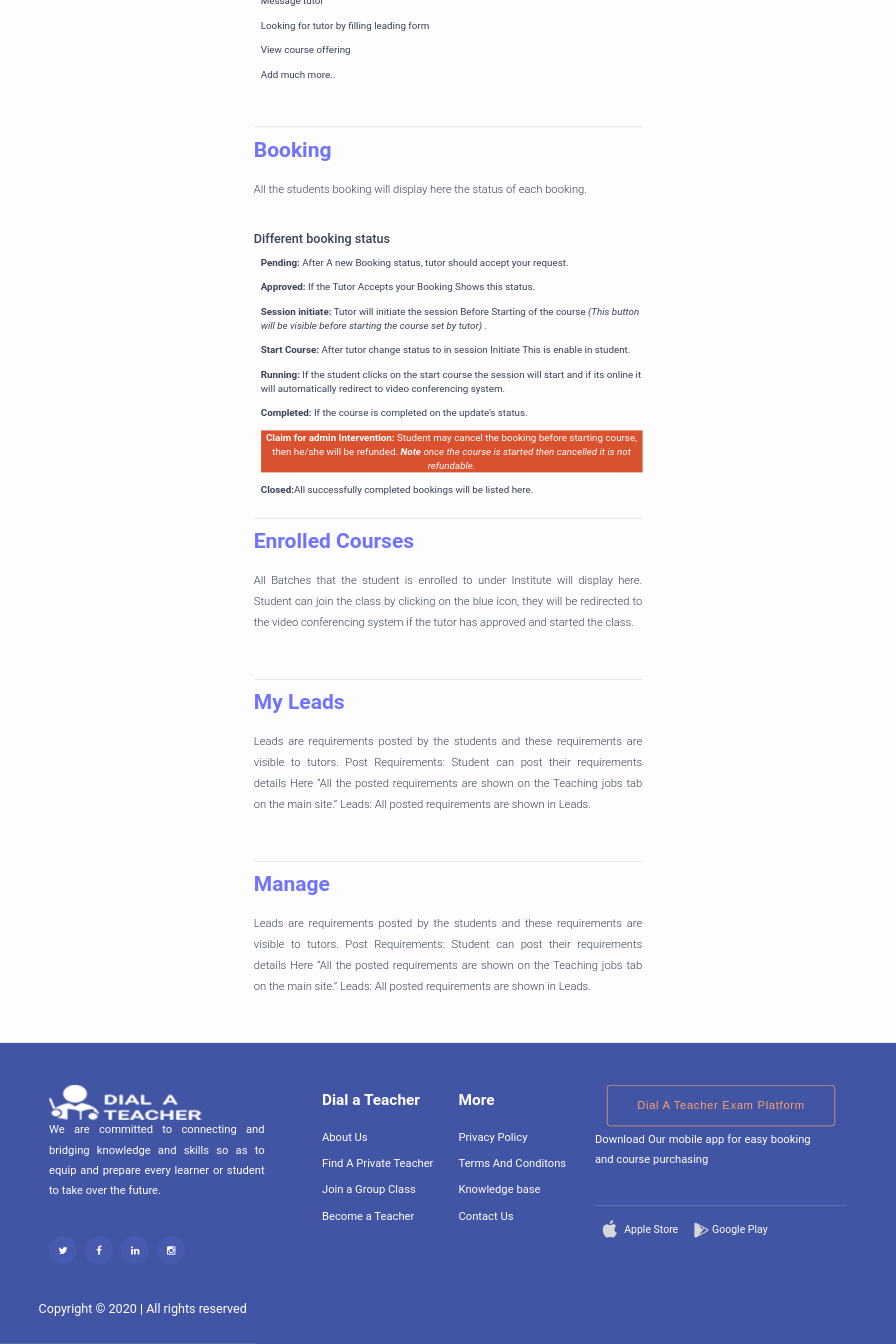
Repository: Samkiroko/DAT_knowledge
Page: details_st_db.html
An editor plug-in stored every save of this project. The page is shown before and after the next save, followed by the edit.
The browser window is 1280 px wide. The pictures show the part of the page from y = 1327 to 3247 px (the page is 3247 px tall before and 3187 px after), at 70% of full size.

Above is the page before, as saved 2020-12-15 09:44:51.
Console error: TypeError: e.indexOf is not a function

After the next save:
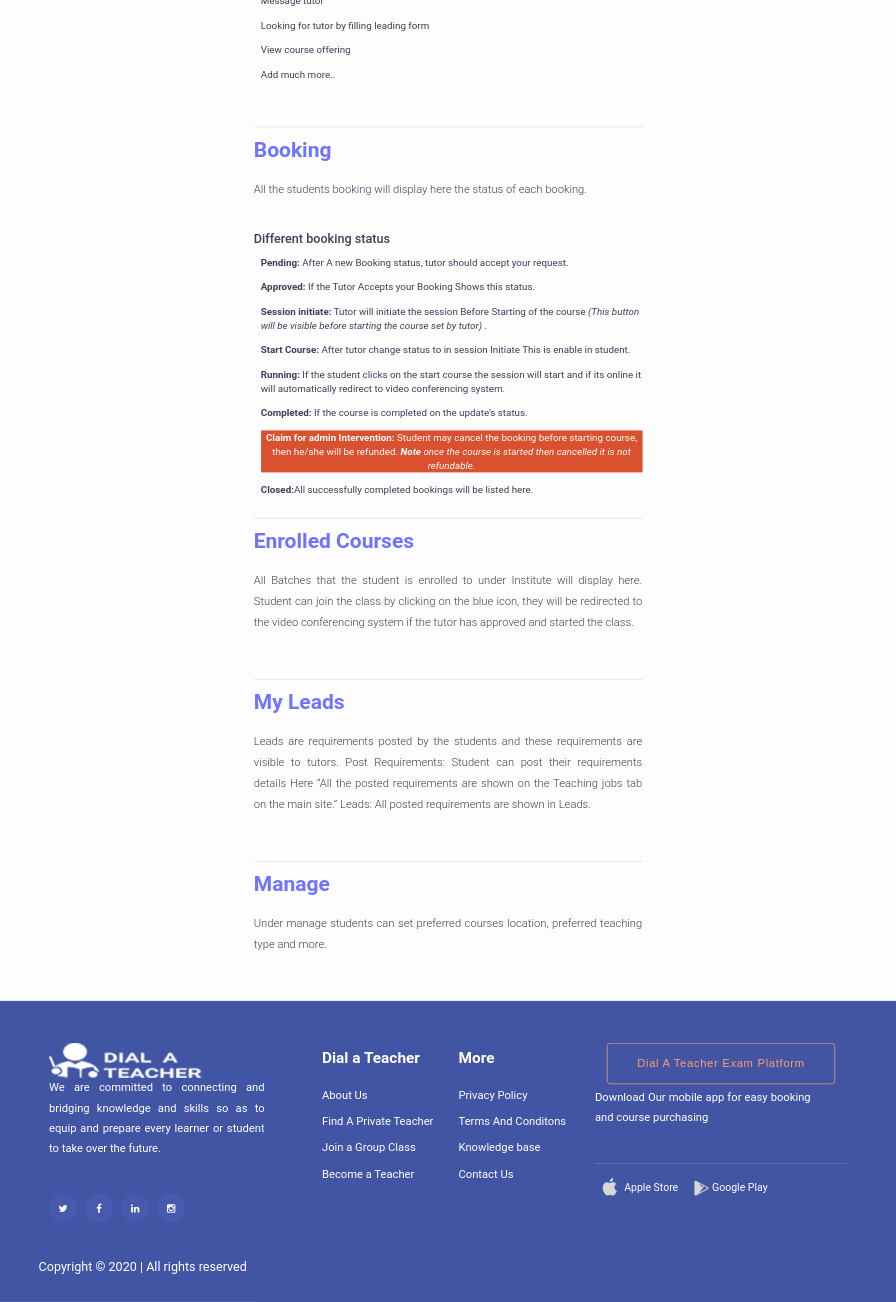
Saved 40 s later.
--- a/details_st_db.html
+++ b/details_st_db.html
@@ -235,10 +235,7 @@
                 </div>
                 <div class="mwb-article-section__content-wrap">
                   <h2>Manage</h2>
-                  <p>Leads are requirements posted by the students and these requirements are visible to tutors.
-                    Post Requirements: Student can post their requirements details Here <q>All the posted requirements
-                      are shown on the Teaching jobs tab on the main site.</q>
-                    Leads: All posted requirements are shown in Leads.
+                  <p>Under manage students can set preferred courses location, preferred teaching type and more.
                   </p>
                 </div>
               </div>
